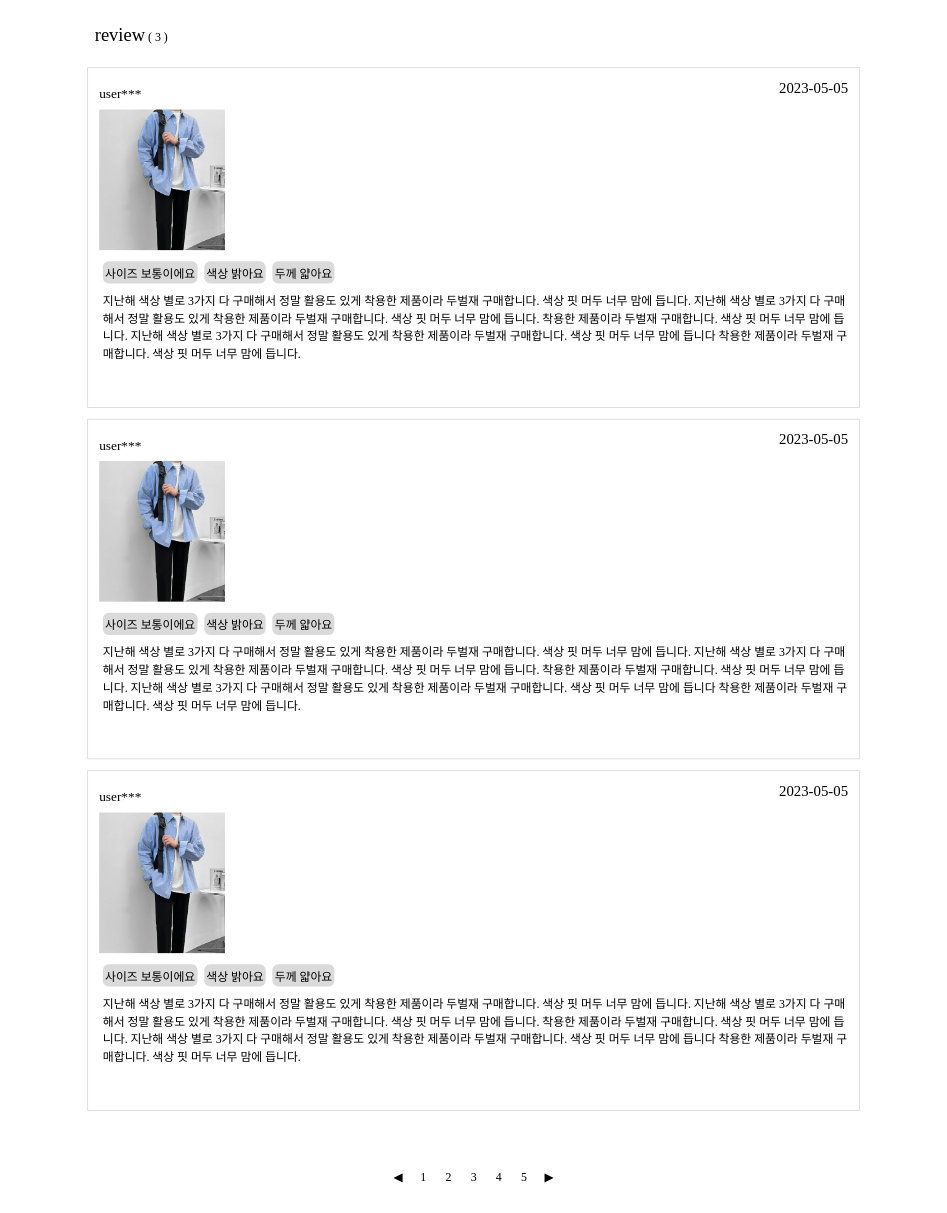
Repository: mcw9503/PassionForFashion
Page: Semi_Project/src/main/webapp/WEB-INF/reviewBoard.html
These files come from the project's save history. The page is drawn as it stood at one moment and after the next save; the edit follows.
The browser window is 1280 px wide. The pictures show the whole page, at 74% of full size.

Above is the page before, as saved 2023-05-08 14:04:19.

After the next save:
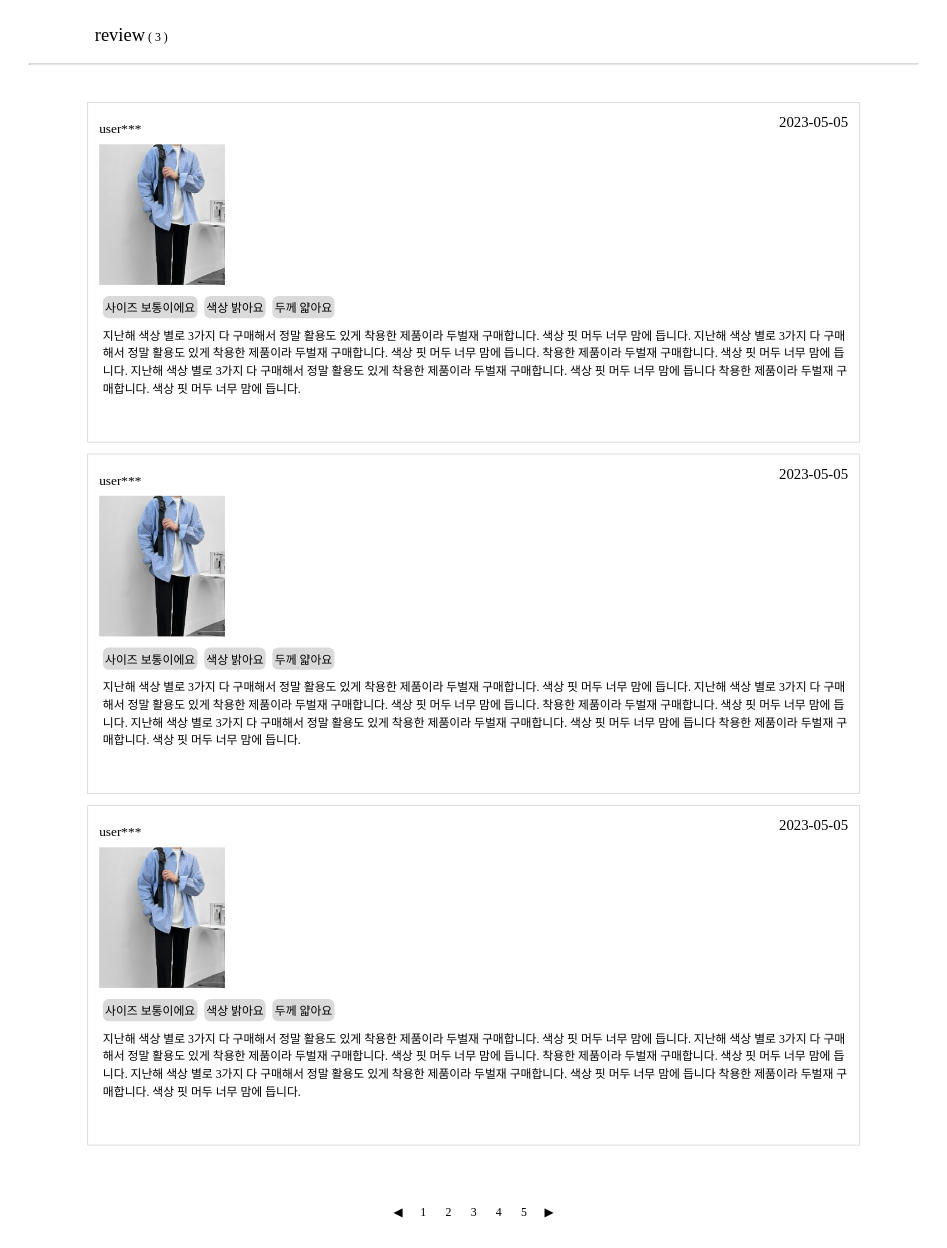
Saved 56 s later.
--- a/Semi_Project/src/main/webapp/WEB-INF/reviewBoard.html
+++ b/Semi_Project/src/main/webapp/WEB-INF/reviewBoard.html
@@ -39,6 +39,7 @@
 
 		<h3 style="display: inline-block; font-size: 25px; font-weight: 200; margin-left: 120px;">review</h3>
 		( <span>3</span> )
+		<hr style="color: #dfdfdf; width: 1200px; margin: auto; margin-bottom: 50px;">
 	<div class="reviewWrap"
 		style="margin-left: 110px; margin-right: 110px; margin-top: 5px; margin-bottom: 15px;">
 		<div class="textbox" style="border: 1px solid lightgray; padding: 15px;">
